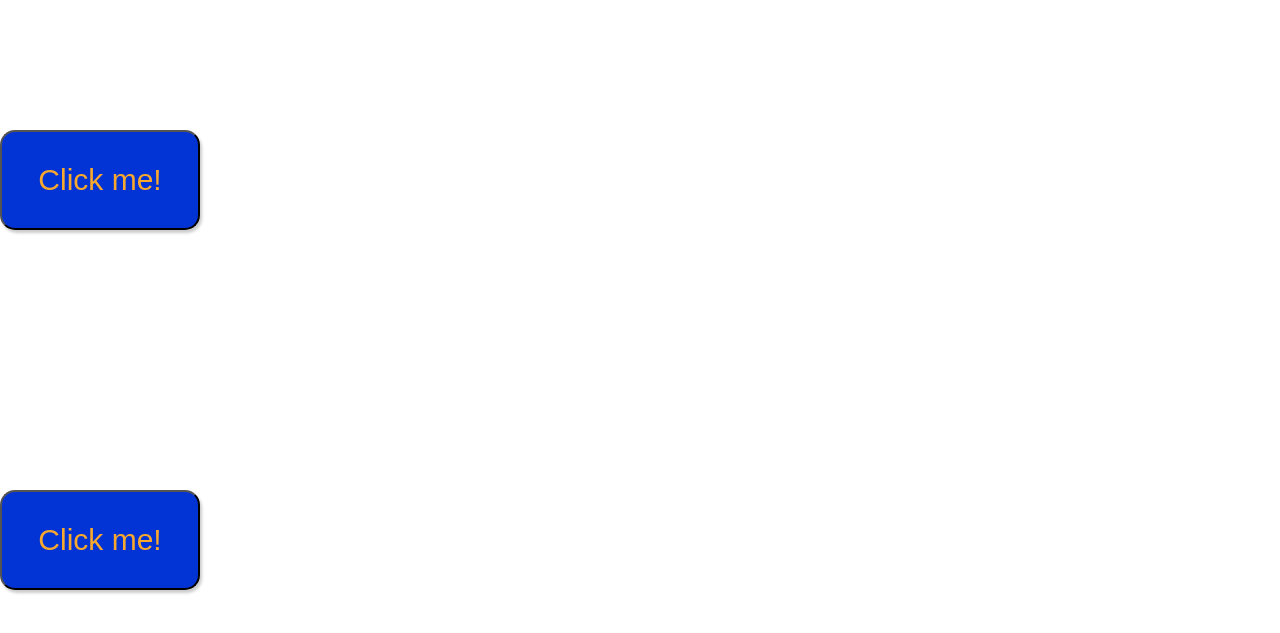
Repository: KrzysKolo/sr_tydzien4_zad5
Page: /
These files come from the project's save history. The page is drawn as it stood at one moment and after the next save; the edit follows.
The browser window is 1280 px wide. The pictures show the whole page.
The project was rebuilt for these pictures with package versions that can differ from the ones it lists, and the page was loaded fresh each time.

Above is the page before, as saved 2020-12-17 15:50:36.

After the next save:
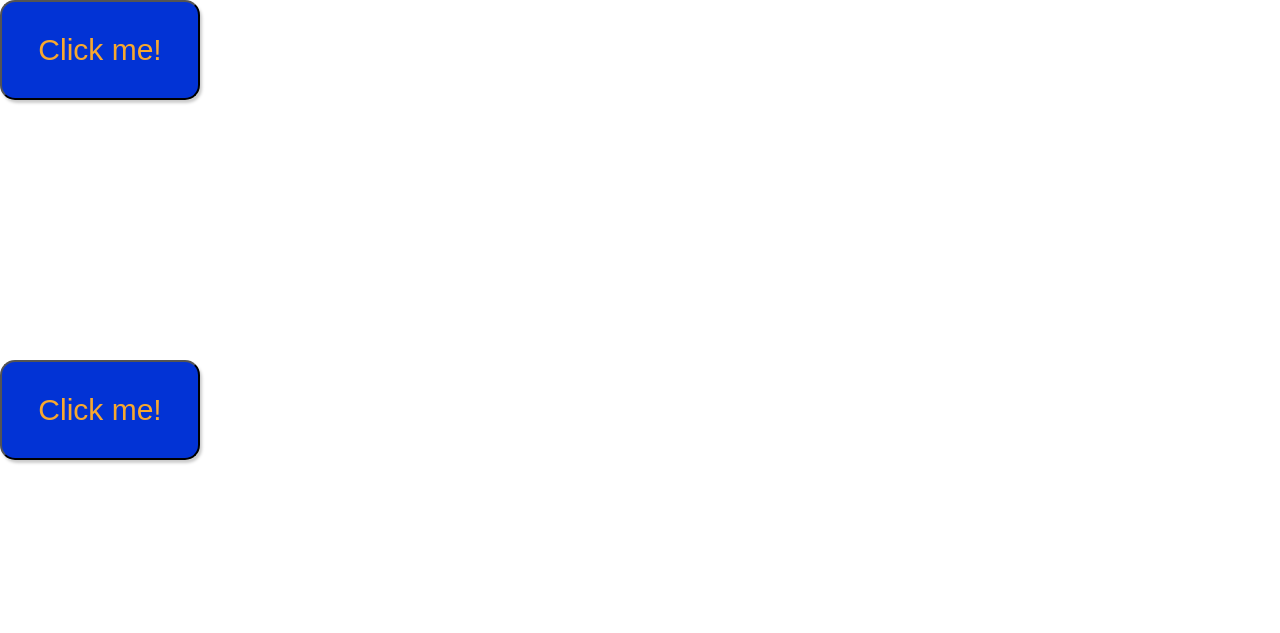
Saved 24 s later.
--- a/src/App.css
+++ b/src/App.css
@@ -3,8 +3,8 @@
   height: 100vh;
   display: flex;
   flex-direction: column;
-  justify-content: center;
-  align-items: flex-start;
+  justify-content: flex-start;
+  align-items: start;
 }
 .btn {
   background-color: rgb(2, 51, 213);
